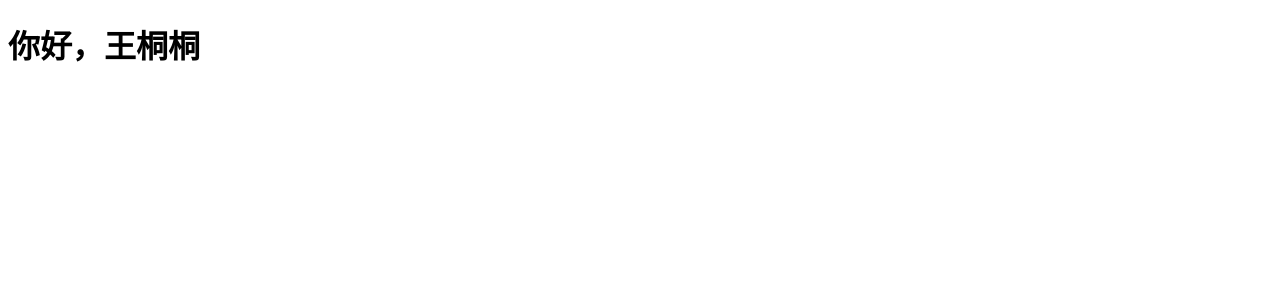
Repository: reggiepy/vueLeaning
Page: 04 el与data的两种写法/el与data两种写法.html
These files come from the project's save history. The page is drawn as it stood at one moment and after the next save; the edit follows.
The browser window is 1280 px wide. The pictures show the whole page.

Above is the page before, as saved 2021-12-05 15:15:40.

### 04 el与data的两种写法/el与data两种写法.html
<!DOCTYPE html>
<html lang="en">
<head>
    <meta charset="UTF-8">
    <meta http-equiv="X-UA-Compatible" content="IE=edge">
    <meta name="viewport" content="width=device-width, initial-scale=1.0">
    <title>Document</title>
    <script type="text/javascript" src="../js/vue.js"></script>
</head>
<body>
    <div id="root">
        <h1>你好，{{name}}</h1>
    </div>
    <script>
        Vue.config.productionTip = false;
        // // el两种写法
        // const v = new Vue({
        //     // el: "#root", // 第一种写法
        //     data: {
        //         name: "王同"
        //    }
        // })
        // console.log(v)
        // // 第二种写法
        // v.$mount("#root")
        // // setTimeout(()=>{
        // //     v.$mount("#root")
        // // }, 1000)

        // data两种写法
        new Vue({
            el: "#root",
        //     // data第一种写法
        //     data: {
        //         name: "王同"
        //    }
        // data第二种写法
           data: function () {
               console.log("@@@@@@", this)
                return {
                    name: "王桐桐"
                }
           }
        })
    </script>
</body>
</html>

Loaded but not shown: js/vue.js (library)

After the next save:
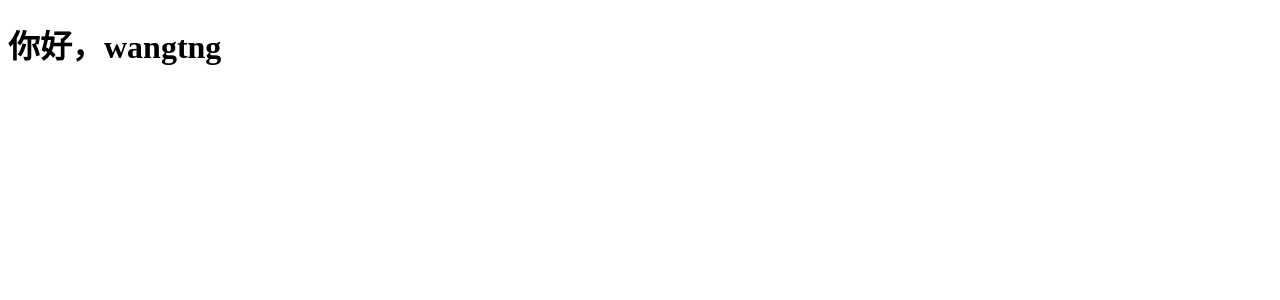
Saved 25 min 43 s later.
--- a/04 el与data的两种写法/el与data两种写法.html
+++ b/04 el与data的两种写法/el与data两种写法.html
@@ -13,35 +13,13 @@
     </div>
     <script>
         Vue.config.productionTip = false;
-        // // el两种写法
-        // const v = new Vue({
-        //     // el: "#root", // 第一种写法
-        //     data: {
-        //         name: "王同"
-        //    }
-        // })
-        // console.log(v)
-        // // 第二种写法
-        // v.$mount("#root")
-        // // setTimeout(()=>{
-        // //     v.$mount("#root")
-        // // }, 1000)
-
-        // data两种写法
-        new Vue({
+        const vm = new Vue({
             el: "#root",
-        //     // data第一种写法
-        //     data: {
-        //         name: "王同"
-        //    }
-        // data第二种写法
-           data: function () {
-               console.log("@@@@@@", this)
-                return {
-                    name: "王桐桐"
-                }
+            data: {
+                name: "wangtng"
            }
         })
+        console.log(vm)
     </script>
 </body>
 </html>
